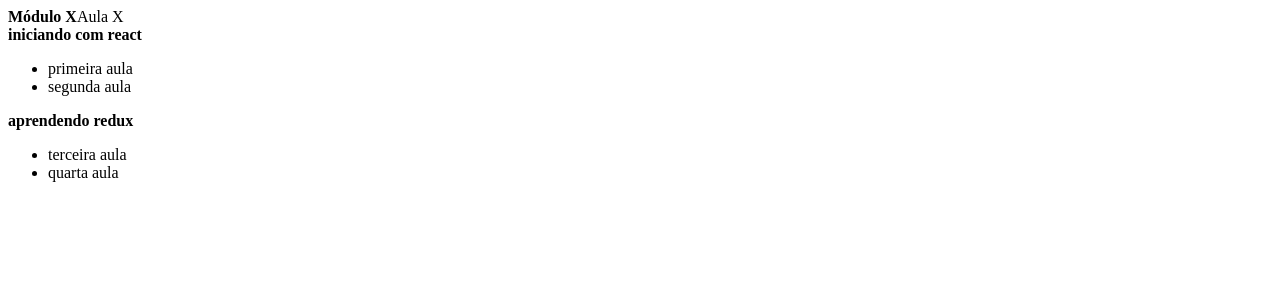
Repository: MateusGuedess/reduxrocktSeat
Page: /
The author's editor kept a copy of each file at every save. The page is drawn from the files as they stood at one save, then again after a run of saves.
The browser window is 1280 px wide. The pictures show the whole page.
The project was rebuilt for these pictures with package versions that can differ from the ones it lists, and the page was loaded fresh each time.

Above is the page before, as saved 2019-05-23 00:35:36.

After the next 5 saves:
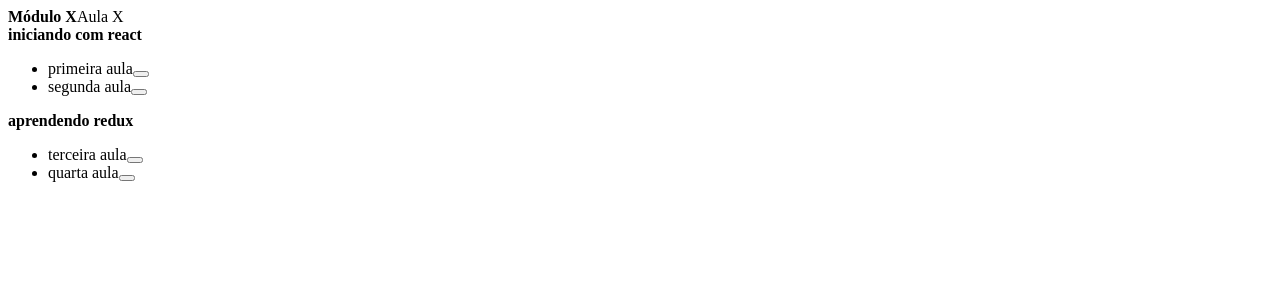
The 5 saves are shown as one change because 4 did not build or start.
The last was saved 3 min 31 s later.
--- a/src/components/Sidebar/index.js
+++ b/src/components/Sidebar/index.js
@@ -2,16 +2,25 @@ import React from 'react';
 
 import { connect } from 'react-redux'
 
-// import { Container } from './styles';
+function toggleLesson(module, lesson) {
+  return {
+    type: 'TOGGLE_LESSON',
+    module,
+    lesson
+  }
+}
 
-const Sidebar = ({modules}) => (
+const Sidebar = ({modules, dispatch}) => (
 <aside>
 { modules.map(module => (
   <div key={module.id}>
     <strong>{module.title}</strong>
     <ul>
       { module.lessons.map(lessons => (
-        <li key={lessons.id}>{lessons.title}</li>
+        <li key={lessons.id}>
+          {lessons.title}
+          <button onClick={() => dispatch(toggleLesson(module, lesson)) } />
+        </li>
       ))}
     </ul>
   </div>
